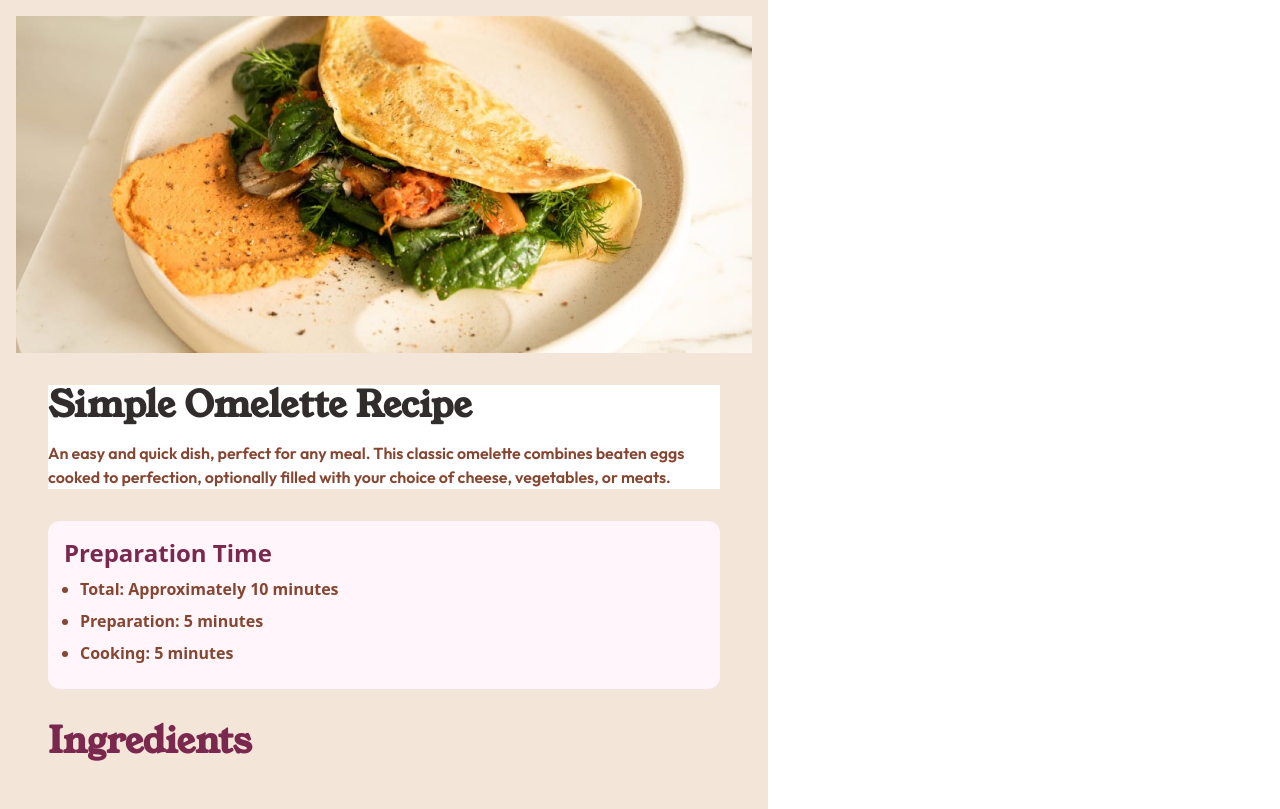
Repository: nivrii/recipe-page-main
Page: /
The author's editor kept a copy of each file at every save. The page is drawn from the files as they stood at one save, then again after the next save.
The browser window is 1280 px wide. The pictures show the whole page.
The project was rebuilt for these pictures with package versions that can differ from the ones it lists, and the page was loaded fresh each time. Also part of the build but not shown: vite.config.js, src/index.css.

Above is the page before, as saved 2024-03-23 14:58:39.

After the next save:
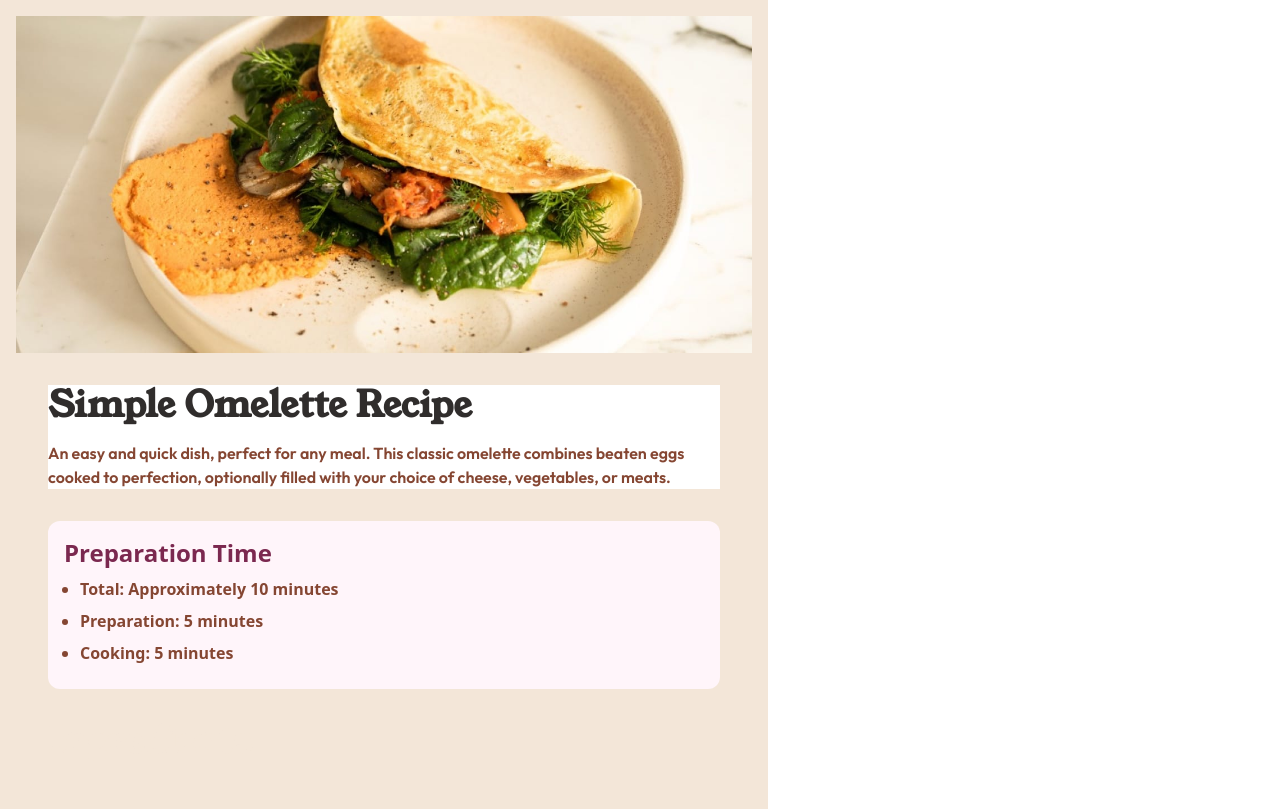
Saved 33 s later.
--- a/src/App.jsx
+++ b/src/App.jsx
@@ -35,7 +35,7 @@ function App() {
         </ul>
       </div>
       <div className="m-8">
-        <h1 className="text-left text-darkRaspberry text-4xl font-bold font-young">Ingredients</h1>
+        <h1 className="text-left text-eggshell text-4xl font-bold font-young">Ingredients</h1>
       </div>
     </div>
   );
